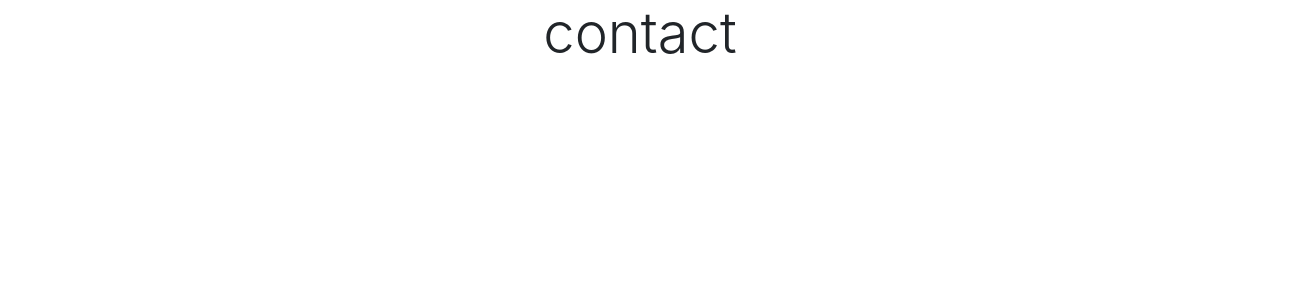
Repository: sahil801/my-react
Page: / (app in finalassignment/)
The author's editor kept a copy of each file at every save. The page is drawn from the files as they stood at one save, then again after the next save.
The browser window is 1280 px wide. The page is 1280 px wide, then 1292 px, so the pictures cover 1292 px, including what lies to the right of the window. The pictures show the whole page.
The project was rebuilt for these pictures with package versions that can differ from the ones it lists, and the page was loaded fresh each time.

Above is the page before, as saved 2021-10-28 11:59:07.

After the next save:
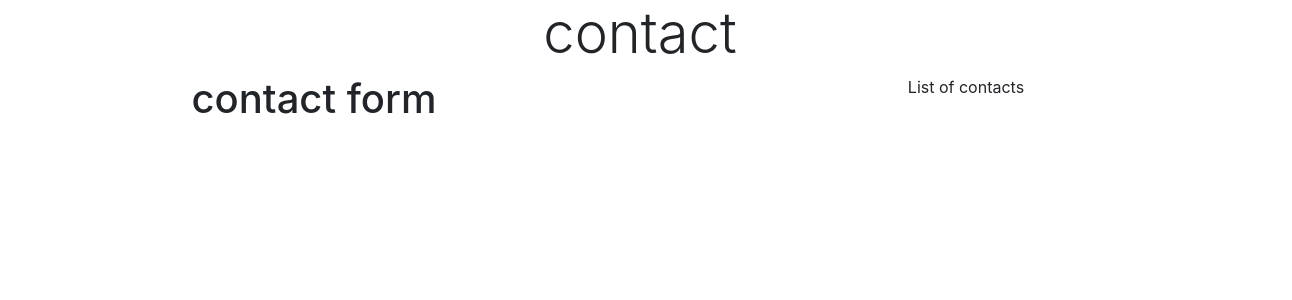
Saved 2 min 30 s later.
--- a/finalassignment/src/components/contacts.js
+++ b/finalassignment/src/components/contacts.js
@@ -1,13 +1,25 @@
 import React from 'react'
+import Contactform from './contactform';
 import 'bootstrap/dist/css/bootstrap.min.css';
+
+
 export default function Contacts() {
     return (
+        <>
         <div className="jumbotron jumbotron-fluid">
             <div className="container">
                 <h1 className="display-4">contact</h1>
 
             </div>
-
         </div>
+        <div className="row">
+            <div className="col md-5">
+                <Contactform/>
+            </div>
+            <div className="col md-7">
+                <div>List of contacts</div>
+            </div>
+        </div>
+        </>
     )
 }
